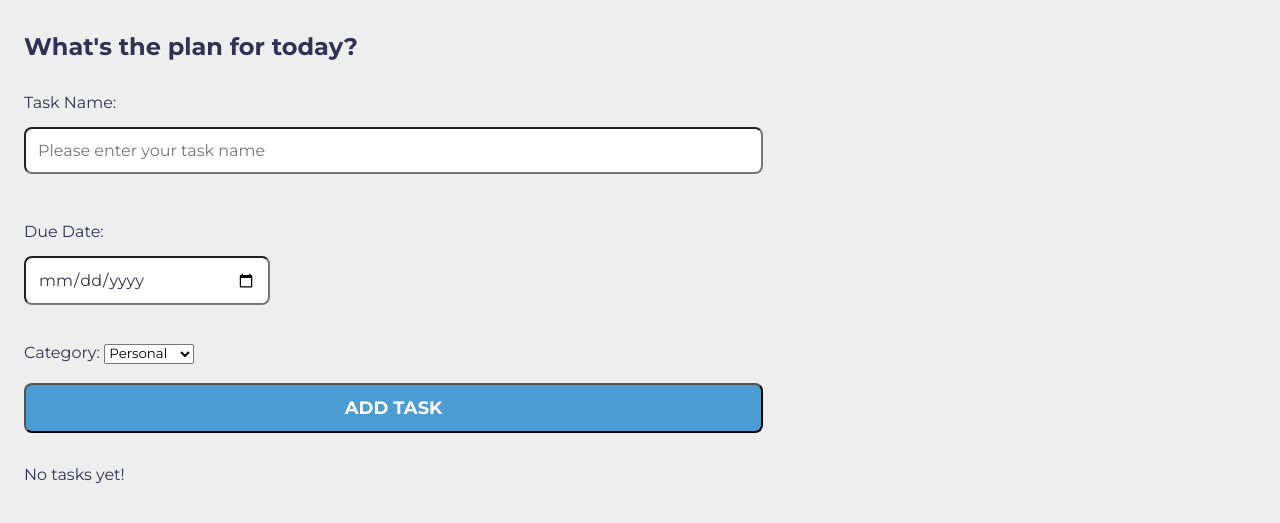
Repository: comp426-2023-spring/a99-SnowPile
Page: http://localhost/
These files come from the project's save history. The page is drawn as it stood at one moment and after the next save; the edit follows.
The browser window is 1280 px wide. The pictures show the whole page.
Some web fonts or font styles are not loaded; a fallback is used. The page is served by the project's Node server (app.js).

Above is the page before, as saved 2023-04-15 21:39:11.

### frontend/views/index.ejs
<!DOCTYPE html>
<html>
  <head>
    <title>Todo List</title>
    <!-- CSS import -->
    <link rel="stylesheet" type="text/css" href="/style.css"/>

    <!-- Set font -->
    <link rel="preconnect" href="https://fonts.googleapis.com">
    <link rel="preconnect" href="https://fonts.gstatic.com" crossorigin>
    <link href="https://fonts.googleapis.com/css2?family=Fira+Sans:ital,wght@0,400;0,700;0,900;1,400&family=Montserrat:ital,wght@0,400;0,700;0,900;1,400&display=swap" rel="stylesheet">
  </head>
  <body>
    <!-- Greeting -->
    <section class="greeting">
      <h2>What's the plan for today?</h2>
    </section>


    <!-- New Todo -->
    <section class="create-todo">
      <form action="/addTask" method="POST">

        <label for="taskName">Task Name:</label>
        <input type="text" placeholder="Please enter your task name" id="taskName" name="taskName" required><br><br>

        <label for="dueDate">Due Date:</label>
        <input type="date" id="dueDate" name="dueDate" required><br><br>

        <label for="category">Category:</label>
        <select id="category" name="category">
          <option value="Personal">Personal</option>
          <option value="Academic">Academic</option>
          <option value="Work">Work</option>
        </select><br><br>

        <input type="submit" value="Add Task">

      </form>
    </section>
    <!-- Display todo list -->
    <section class="todo-list">
      <% if (tasks.length === 0) { %>
        <p>No tasks yet!</p>
      <% } else { %>
        <table>
          <tr>
            <th>Task Name</th>
            <th>Due Date</th>
            <th>Category</th>
            <th>Edit</th>
          </tr>
          <% for (let i = 0; i < tasks.length; i++) { %>
            <tr>
              <td><%= tasks[i].name %></td>
              <td><%= tasks[i].due %></td>
              <td><%= tasks[i].category %></td>
              <td>
                <form action="/editTask/<%= i %>" method="POST">
                  <input type="text" name="taskName" value="<%= tasks[i].name %>" required>
                  <input type="date" name="dueDate" value="<%= tasks[i].due %>" required>
                  <input type="submit" value="Edit">
                </form>
              </td>
            </tr>
          <% } %>
        </table>
      <% } %>
    </section>
  </body>
</html>

### frontend/app.js
const express = require('express');
const bodyParser = require('body-parser');
const app = express();
const port = 3000;

// set up body-parser middleware
app.use(bodyParser.urlencoded({ extended: false }));

// set up view engine
app.set('view engine', 'ejs');

// set up static folder
app.use(express.static('public'));

// initialize tasks array
let tasks = [];

// render index page with tasks array
app.get('/', (req, res) => {
  res.render('index', { tasks: tasks });
});

// create new task and add to tasks array
app.post('/addTask', (req, res) => {
  const taskName = req.body.taskName;
  const dueDate = req.body.dueDate;
  const category = req.body.category;

  const newTask = {
    name: taskName,
    due: dueDate,
    category: category,
  };

  tasks.push(newTask);
  res.redirect('/');
});

// edit existing task
app.post('/editTask/:id', (req, res) => {
  const id = req.params.id;
  const taskName = req.body.taskName;
  const dueDate = req.body.dueDate;

  tasks[id].name = taskName;
  tasks[id].due = dueDate;

  res.redirect('/');
});

// start server
app.listen(port, () => {
  console.log(`App listening at http://localhost:${port}`);
});

### frontend/public/style.css
* {
	margin: 0;
	padding: 0;
	box-sizing: border-box;
	font-family: 'montserrat', sans-serif;
}

body {
	background: #EEE;
	color: #313154;

}
section {
	margin-top: 2rem;
	margin-bottom: 2rem;
	padding-left: 1.5rem;
	padding-right: 1.5rem;
}

h2{
    color: #313154;
}


.create-todo input[type="text"] {
	display: block;
	width: 60%;
	font-size: 1rem;
	padding: 0.75rem 0.75rem;
	color: #313154;
	background-color: #FFF;
	border-radius: 0.5rem;
	box-shadow: none;
	margin-bottom: 10px;
	margin-top: 15px;
}
.create-todo input[type="date"] {
	display: block;
	width: 20%;
	font-size: 1rem;
	border-radius: 0.5rem;
	margin-top: 15px;
	color: #313154;
	background-color: #FFF;
	padding: 0.75rem 0.75rem;
}

.create-todo input[type="submit"]{
	display: block;
	width: 60%;
	font-size: 1.125rem;
	padding: 0.75rem 0.75rem;
	color: #FFF;
	font-weight: 700;
	text-transform: uppercase;
	background-color: #4B9CD3;
	/* box-shadow: #13294B; */
	box-shadow: none;
	border-radius: 0.5rem;
	cursor: pointer;
	transition: 0.2s ease-out;
}
.create-todo input[type="submit"]:hover {
	opacity: 0.75;
}

After the next save:
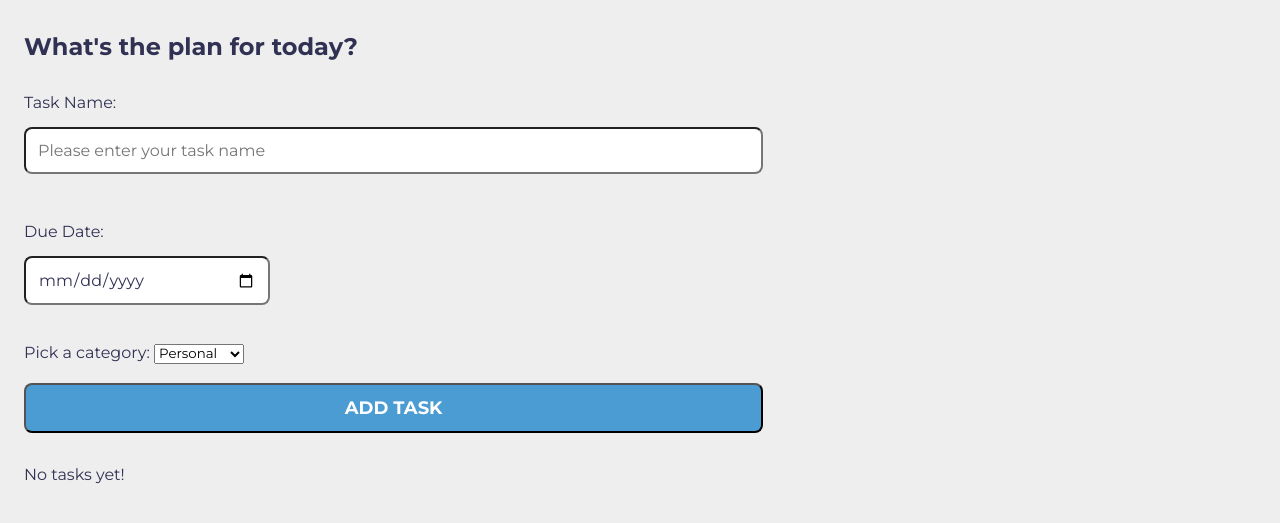
Saved 83 s later.
--- a/frontend/views/index.ejs
+++ b/frontend/views/index.ejs
@@ -27,7 +27,7 @@
         <label for="dueDate">Due Date:</label>
         <input type="date" id="dueDate" name="dueDate" required><br><br>
 
-        <label for="category">Category:</label>
+        <label for="category">Pick a category:</label>
         <select id="category" name="category">
           <option value="Personal">Personal</option>
           <option value="Academic">Academic</option>
